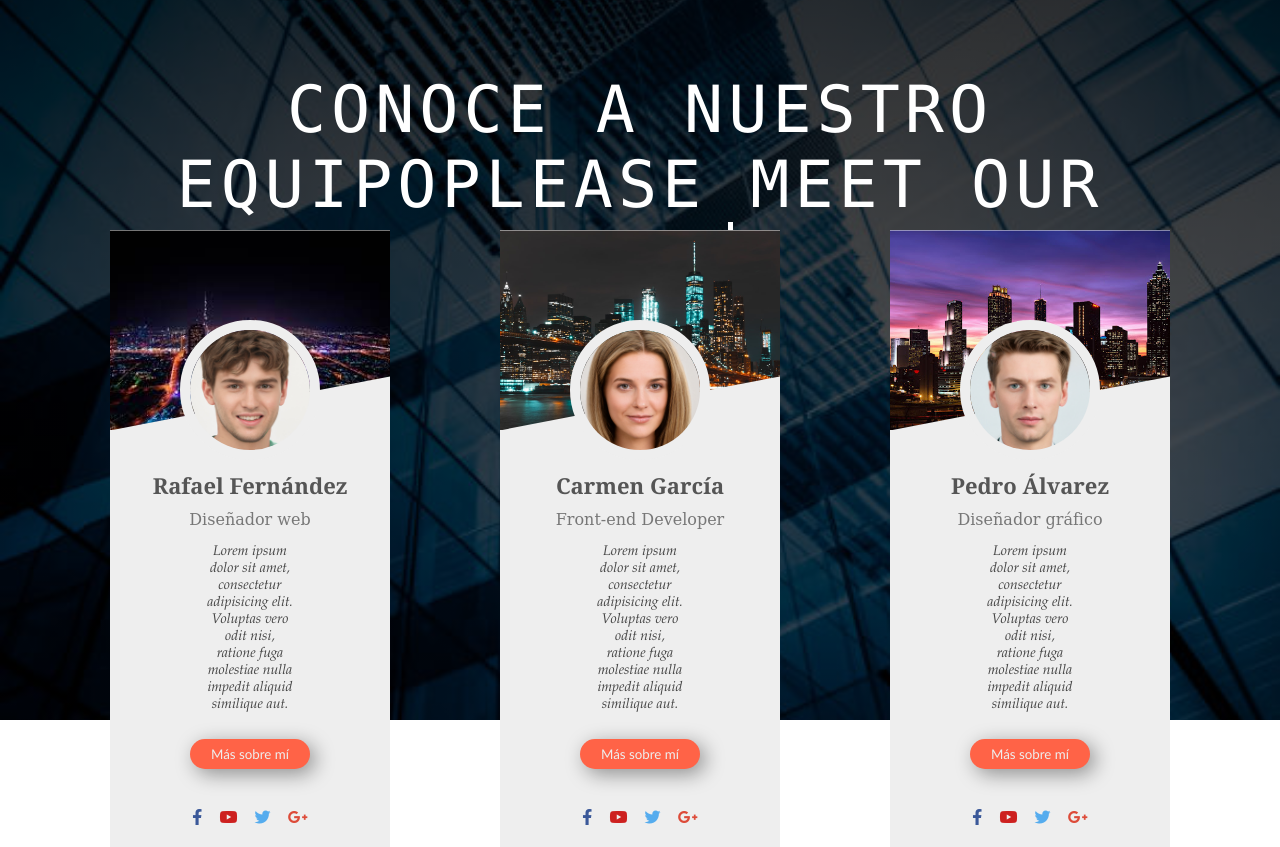
Repository: RaquelAlvarezz/Ejercicios-FormawebIV
Page: Equipo/index.html
The author's editor kept a copy of each file at every save. The page is drawn from the files as they stood at one save, then again after the next save.
The browser window is 1280 px wide. The pictures show the whole page.

Above is the page before, as saved 2021-11-23 14:45:22.

### Equipo/index.html
<!DOCTYPE html>
<html lang="es">
<head>
  <meta charset="UTF-8">
  <meta http-equiv="X-UA-Compatible" content="IE=edge">
  <meta name="viewport" content="width=device-width, initial-scale=1.0">
  <title>Tarjetas equipo</title>
  <link rel="stylesheet" href="css/styles.css">
  <link rel="stylesheet" href="https://use.fontawesome.com/releases/v5.15.0/css/all.css" integrity="sha384-OLYO0LymqQ+uHXELyx93kblK5YIS3B2ZfLGBmsJaUyor7CpMTBsahDHByqSuWW+q" crossorigin="anonymous">
  <link rel="icon" href="https://w7.pngwing.com/pngs/506/152/png-transparent-computer-icons-teamwork-teamwork-miscellaneous-hand-logo-thumbnail.png">
</head>
<body cz-shortcut-listen="true">
	<div class="container">
		<div class="heading">Conoce a nuestro equipo</div>
		<div class="cards-wrapper">
			<div class="card">
				<img src="img/descarga.jpg" class="image-top" alt="">
				<img src="img/Rafa.jpg" class="profile-image" alt="">
				<h1 class="fullname">Rafael Fernández</h1>
				<p class="job">Diseñador web</p>
				<p class="about-me">Lorem ipsum dolor sit amet, consectetur adipisicing elit. Voluptas vero odit nisi, ratione fuga molestiae nulla impedit aliquid similique aut.</p>
				<button type="button">Más sobre mí</button>
				<ul class="social-icons">
					<li><a href="#"><i class="fab fa-facebook-f"></i></a></li>
					<li><a href="#"><i class="fab fa-youtube"></i></a></li>
					<li><a href="#"><i class="fab fa-twitter"></i></a></li>
					<li><a href="#"><i class="fab fa-google-plus-g"></i></a></li>
				</ul>
			</div>
			<div class="card">
				<img src="img/photo-1500632907344-a073709b2448.jpg" class="image-top" alt="">
				<img src="img/Carmen.jpg" class="profile-image" alt="">
				<h1 class="fullname">Carmen García</h1>
				<p class="job">Front-end Developer</p>
				<p class="about-me">Lorem ipsum dolor sit amet, consectetur adipisicing elit. Voluptas vero odit nisi, ratione fuga molestiae nulla impedit aliquid similique aut.</p>
				<button type="button">Más sobre mí</button>
				<ul class="social-icons">
					<li><a href="#"><i class="fab fa-facebook-f"></i></a></li>
					<li><a href="#"><i class="fab fa-youtube"></i></a></li>
					<li><a href="#"><i class="fab fa-twitter"></i></a></li>
					<li><a href="#"><i class="fab fa-google-plus-g"></i></a></li>
				</ul>
			</div>
			<div class="card">
				<img src="img/unnamed.jpg" class="image-top" alt="">
				<img src="img/Pedro.jpg" class="profile-image" alt="">
				<h1 class="fullname">Pedro Álvarez</h1>
				<p class="job">Diseñador gráfico</p>
				<p class="about-me">Lorem ipsum dolor sit amet, consectetur adipisicing elit. Voluptas vero odit nisi, ratione fuga molestiae nulla impedit aliquid similique aut.</p>
				<button type="button">Más sobre mí</button>
				<ul class="social-icons">
					<li><a href="#"><i class="fab fa-facebook-f"></i></a></li>
					<li><a href="#"><i class="fab fa-youtube"></i></a></li>
					<li><a href="#"><i class="fab fa-twitter"></i></a></li>
					<li><a href="#"><i class="fab fa-google-plus-g"></i></a></li>
				</ul>
			</div>
		</div>
	</div>
	<script src="js/script.js"></script>
</body>
</html>

### Equipo/css/styles.css
@charset "utf-8";
/* CSS Document */

*{
	margin: 0;
	padding: 0;
}

.container{
	width: 100%;
	height: 100vh;
	background: linear-gradient(rgb(0, 0, 0, .8), rgba(0, 0, 0, .6)), url("/Equipo/img/istockphoto-902746420-612x612.jpg") center no-repeat;
	background-size: cover;
}

.heading{
	color: #fff;
	font-size: 70px;
	position: absolute;
	top: 10%;
	left: 50%;
	transform:  translateX(-50%);
	font-family: Consolas, "Andale Mono", "Lucida Console", "Lucida Sans Typewriter", Monaco, "Courier New", "monospace";
	text-transform: uppercase;
	letter-spacing: 5px;
	text-align: center;
	white-space: pre-wrap;
}

.heading::after{
	content: '';
	width: 5px;
	height: 55px;
	background-color: #fff;
	position: absolute;
	animation: blinking 1s 3s infinite;
}

@keyframes blinking{
	0%{background-color: #FFFFFF}
	50%{background-color: transparent}
	100%{background-color: #fff}
}

.cards-wrapper{
	width: 80%;
	display: flex;
	justify-content: space-evenly;
	position: relative;
	top: 35%;
	left: 50%;
	transform: translateX(-50%);
}

.card{
	width:  280px;
	background-color: #eee;
	display: flex;
	flex-direction: column;
	align-items: center;
	justify-content: space-evenly;
	transition: transform .5s;
}

@keyframes cardAnim{
	0%{opacity: 0}
	100%{opacity: 1}
}

.card:nth-child(1){
	animtion: cardAnim 2s 3s backwards;
}

.card:nth-child(2){
	animtion: cardAnim 2s 3.5s backwards;
}

.card:nth-child(3){
	animtion: cardAnim 2s 4s backwards;
}

.card:hover{
	transform: scale(1.1);
}

.image-top{
	width: 100%;
	height: 220px;
	object-fit: cover;
	-webkit-clip-path: polygon(0 0, 100% 0, 100% 73%, 0% 100%);
	clip-path: polygon(0 0, 100% 0, 100% 73%, 0% 100%);
}

.profile-image{
	width: 120px;
	height: 120px;
	object-fit: cover;
	border-radius: 50%;
	margin-top: -110px;
	z-index: 10;
	border: 10px solid #eee;
}

.card h1{
	font-family: Cambria, "Hoefler Text", "Liberation Serif", Times, "Times New Roman", "serif";
	font-size: 22px;
	color: #555;
	margin: 10px;
}

.job{
	font-family: Constantia, "Lucida Bright", "DejaVu Serif", Georgia, "serif";
	color: #777;
	font-weight: 300;
}

.about-me{
	font-family: Baskerville, "Palatino Linotype", Palatino, "Century Schoolbook L", "Times New Roman", "serif";
	font-size: 14px;
	width: 90px;
	margin: 15px 0;
	font-style: italic;
	color: #444;
	text-align: center;
}

.card button{
	width: 120px;
	padding: 7px;
	margin: 10px 0;
	background-color: tomato;
	border: none;
	outline: none;
	border-radius: 25px;
	font-family: "Gill Sans", "Gill Sans MT", "Myriad Pro", "DejaVu Sans Condensed", Helvetica, Arial, "sans-serif";
	color: #eee;
	box-shadow: 5px 5px 20px rgba(0, 0, 0, .4);
}

.card:hover button{
	animation: buttonRotation 2s 1s linear;
}

@keyframes buttonRotation{
	0% {transform: scale(1) rotateZ(0)}
    5% {transform: scale(1.2) rotateZ(5deg)}
    10% {transform: scale(1.2) rotateZ(-5deg)}
    15% {transform: scale(1.2) rotateZ(5deg)}
    20% {transform: scale(1.2) rotateZ(-5deg)}
    25% {transform: scale(1.2) rotateZ(5deg)}
    30% {transform: scale(1.2) rotateZ(-5deg)}
    35% {transform: scale(1.2) rotateZ(5deg)}
    40% {transform: scale(1.2) rotateZ(-5deg)}
    45% {transform: scale(1.2) rotateZ(5deg)}
    50% {transform: scale(1.2) rotateZ(-5deg)}
    55% {transform: scale(1.2) rotateZ(5deg)}
    60% {transform: scale(1.2) rotateZ(-5deg)}
    65% {transform: scale(1.2) rotateZ(5deg)}
    70% {transform: scale(1.2) rotateZ(-5deg)}
    75% {transform: scale(1.2) rotateZ(5deg)}
    80% {transform: scale(1.2) rotateZ(-5deg)}
    85% {transform: scale(1.2) rotateZ(5deg)}
    90% {transform: scale(1.2) rotateZ(-5deg)}
    95% {transform: scale(1.2) rotateZ(5deg)}
    100% {transform: scale(1) rotateZ(0)}
}

.social-icons{
	width: 150px;
	list-style: none;
	display: flex;
	justify-content: space-evenly;
	margin: 10px 0 20px 0;
	boder-top: 1px solid #999;
	padding-top: 20px;
}

.fa-facebook-f{
	color: #3b5999;
}

.fa-youtube{
	color: #cd201f;
}

.fa-twitter{
	color: #55acee;
}

.fa-google-plus-g{
	color: #dd4b39;
}

@media(max-width: 1300px){
	.heading{
		font-size: 65px;
		width: 80%;
	}
	.cards-wrapper{
		width: 100%;
		top: 32%;
	}
	.image-top{
		height: 200px;
	}
}

@media(max-width: 1000px){
	.container{
		height: 100%;
	}
	.heading{
		width: 90%;
	}
	.cards-wrapper{
		flex-wrap: wrap;
		padding:300px 0 200px 0;
	}
	.card{
		margin: 0 30px 50px 30px;
	}
}

@media(max-width: 700px){
	.heading{
		font-size: 50px;
	}
	.heading::after{
		height: 40px;
	}
}

@media(max-width: 450px){
	.heading{
		font-size: 40px;
	}
	.heading::after{
		height: 33px;
	}
	.cards-wrapper{
		padding: 25px 0 150px 0;
	}
}

### Equipo/js/script.js
// JavaScript Document
const heading = 'Please Meet Our Team';
let i = 0;

const typing = () => {
	if(i < heading.length){
		document.querySelector('.heading').innerHTML += heading.charAt(i);
		i++;

		setTimeout(typing, 150);
	}
}

typing();

After the next save:
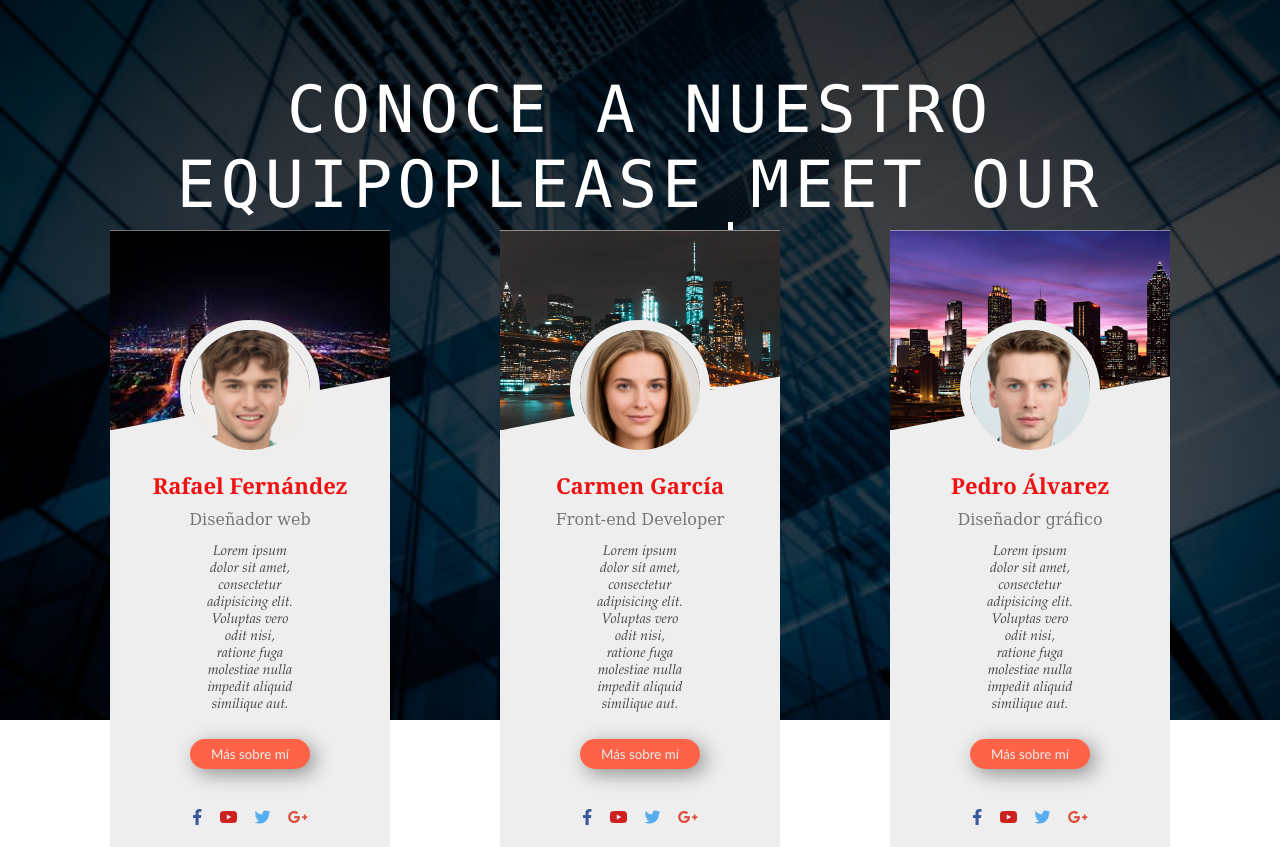
Saved 59 s later.
--- a/Equipo/css/styles.css
+++ b/Equipo/css/styles.css
@@ -104,7 +104,7 @@
 .card h1{
 	font-family: Cambria, "Hoefler Text", "Liberation Serif", Times, "Times New Roman", "serif";
 	font-size: 22px;
-	color: #555;
+	color: rgb(240, 18, 18);
 	margin: 10px;
 }
 

After the save that followed:
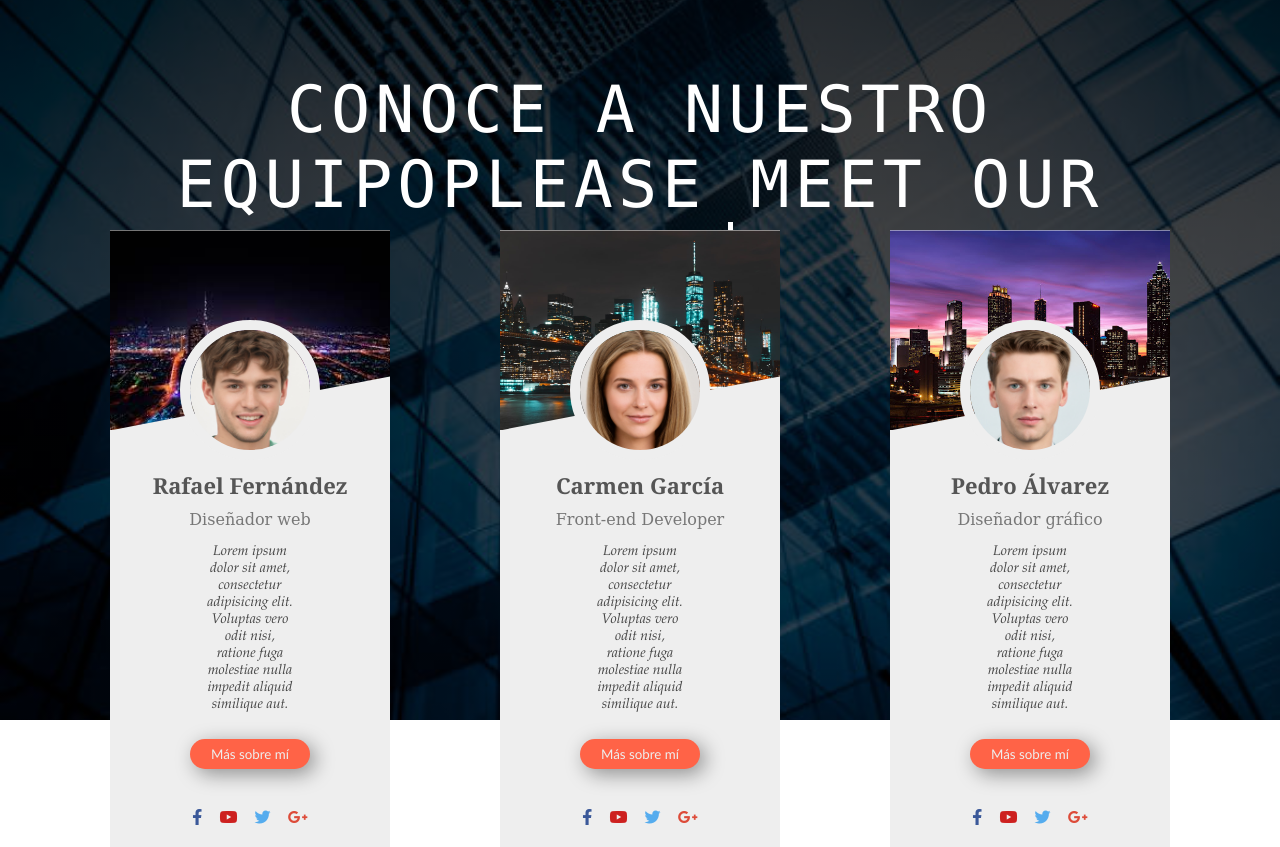
Saved 8 s later.
--- a/Equipo/css/styles.css
+++ b/Equipo/css/styles.css
@@ -104,7 +104,7 @@
 .card h1{
 	font-family: Cambria, "Hoefler Text", "Liberation Serif", Times, "Times New Roman", "serif";
 	font-size: 22px;
-	color: rgb(240, 18, 18);
+	color: #555;
 	margin: 10px;
 }
 
